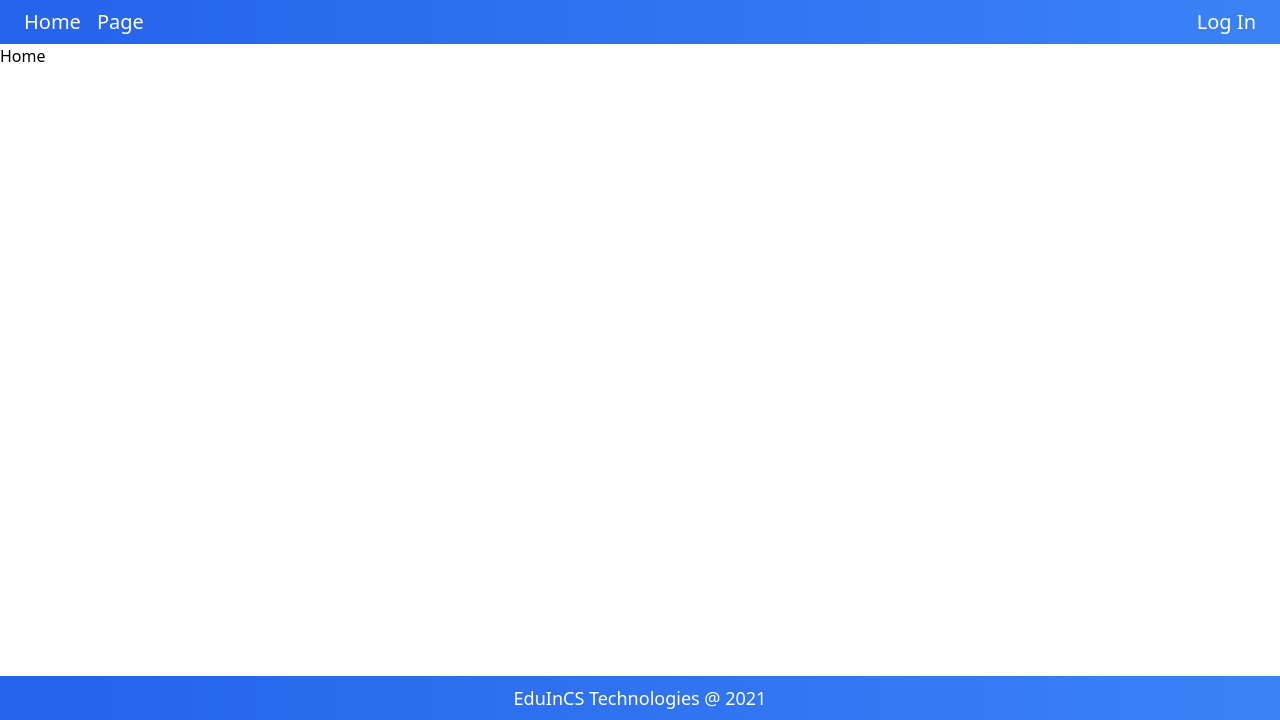
Repository: puspendudas/vue-project
Page: /
These files come from the project's save history. The page is drawn as it stood at one moment and after the next save; the edit follows.
The browser window is 1280 px wide. The pictures show the whole page.
The project was rebuilt for these pictures with package versions that can differ from the ones it lists, and the page was loaded fresh each time. Also part of the build but not shown: src/component/Login/GoogleLogin.vue, src/component/LoginModal.vue, src/component/Page.vue.

Above is the page before, as saved 2021-02-03 20:31:12.

### src/main.js
import { createApp } from 'vue'
import App from './App.vue'
import './assets/css/style.css'
import router from './router'

const app = createApp(App);
app.use(router);
app.mount('#app');

### src/App.vue
<template >
 <AppNav :isLogedIn="isLogedIn" :authUser="authUser" @open-login-modal="isLoginOpen = true"  />
  <div class="w-full flex">
    <router-view></router-view>
  </div>
  <AppFooter/>
  <LoginModal @close-modal="isLoginOpen = false" v-if="isLoginOpen"/>
</template>
<script>
import AppNav from './component/AppNav'
import AppFooter from './component/AppFooter'
import LoginModal from './component/LoginModal'
import firebase from "./utilities/firebase";
export default {
  components: {AppNav, AppFooter, LoginModal},
  data() {
    return {
      isLoginOpen: false,
      isSignUpOpen: false,
      isLogedIn: false,
      authUser: {}
    }
  },
  mounted() {
    firebase.auth().onAuthStateChanged((user) => {
      if (user) {
        this.isLogedIn = true;
        this.authUser = user;
        console.log(user);
      } else {
        this.isLogedIn=false;
        this.authUser = {};
      }
    });
  }
}
</script>
<style>

</style>

### src/assets/css/style.css
@import "tailwindcss/base";
@import "tailwindcss/components";
@import "tailwindcss/utilities";
.foot {
position: fixed;
bottom: 0;
left: 0;
}

### src/router.js
import { createRouter, createWebHashHistory } from "vue-router";
import Home from "./component/Home.vue";
import Page from "./component/Page.vue";
const routes =[
    {path: '/', component:Home},
    {path: '/home', component:Home},
    {path: '/page', component:Page},
]
const router = createRouter({
    history: createWebHashHistory(),
    routes
});
export default router;

### src/component/AppNav.vue
<template>
  <nav class="w-full bg-gradient-to-r from-blue-600 to-blue-500 text-white px-4 py-2 text-xl ">
    <router-link to="/home" class="mx-2">Home</router-link>
    <router-link to="/page" class="mx-2">Page</router-link>
    <img v-if="isLogedIn" src={{authUser.photoURL}} width="50px" height="50px" class="lazy"/>

    <span>{{ authUser.displayName }}</span><span>{{}}</span>
    <button v-if="!isLogedIn" @click="$emit('open-login-modal')" class="float-right mx-2">Log In</button>
    <button v-if="isLogedIn" @click="logout()" class="float-right mx-2">Log Out</button>
  </nav>
</template>

<script>
import firebase from "../utilities/firebase";
export default {
  props : { isLogedIn:Boolean, authUser:Object },
  methods:{
    logout(){
      firebase.auth().signOut();
    }
  },
  data(){
    return {
      photo: '../../assets/favicon.ioc'
    }
  }

}
</script>

### src/component/AppFooter.vue
<template>
    <nav class="w-full bg-gradient-to-r from-blue-600 to-blue-500 text-white text-center px-4 py-2 text-lg foot">
      EduInCS Technologies @ {{ year }}
    </nav>
</template>

<script>
export default {
    data() {
        return {
            year: new Date().getFullYear(),
        }
    }

}
</script>

<style>

</style>

### src/utilities/firebase.js
import "firebase/auth";
import firebase from "firebase/app";

const firebaseConfig = {
    // Firebase Config
    apiKey: "AIzaSyBe00p4W4EFMvz7pLyJpuTVDB_6xT1qzL8",
    authDomain: "vue-login-pro.firebaseapp.com",
    projectId: "vue-login-pro",
    storageBucket: "vue-login-pro.appspot.com",
    messagingSenderId: "314753680679",
    appId: "1:314753680679:web:722802dcea4202fb9c5502"

  };
  firebase.initializeApp(firebaseConfig);

export default firebase;

Loaded but not shown: public/index.html (common file); src/component/Home.vue (common file); tailwind.config.js (common file)

After the next save:
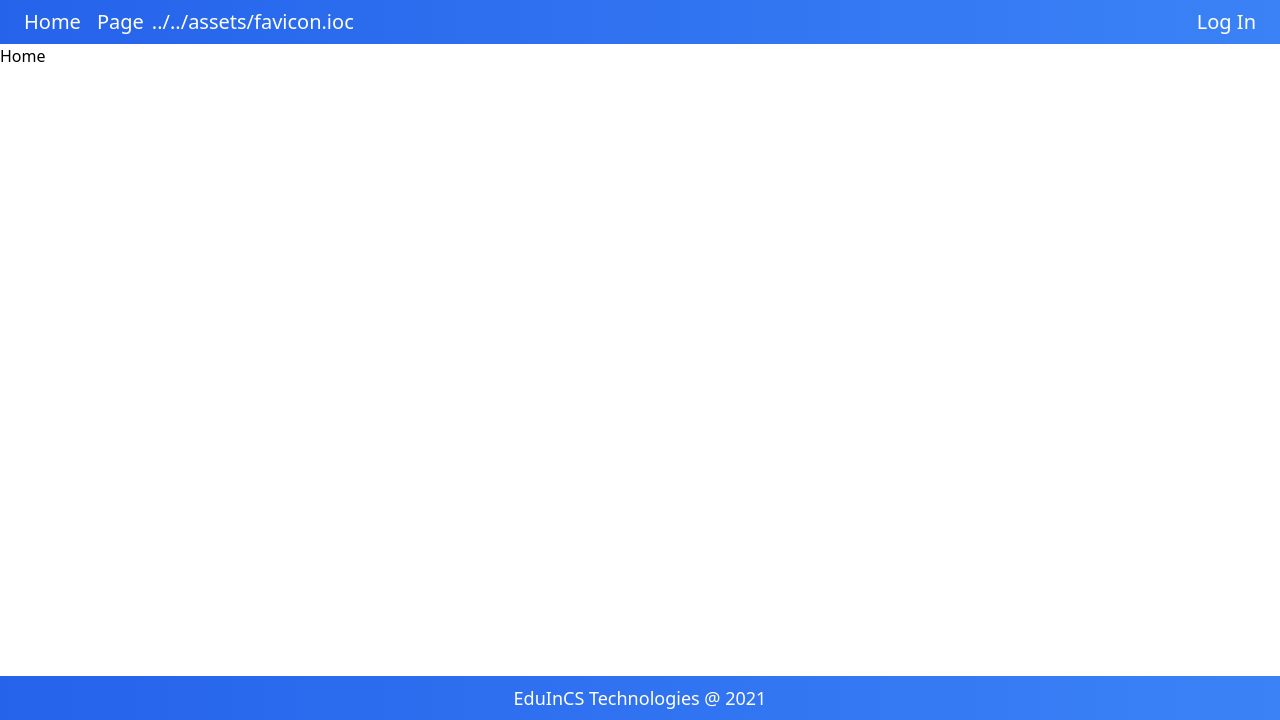
Saved 4 s later.
--- a/src/component/AppNav.vue
+++ b/src/component/AppNav.vue
@@ -4,7 +4,7 @@
     <router-link to="/page" class="mx-2">Page</router-link>
     <img v-if="isLogedIn" src={{authUser.photoURL}} width="50px" height="50px" class="lazy"/>
 
-    <span>{{ authUser.displayName }}</span><span>{{}}</span>
+    <span>{{ authUser.displayName }}</span><span>{{photo}}</span>
     <button v-if="!isLogedIn" @click="$emit('open-login-modal')" class="float-right mx-2">Log In</button>
     <button v-if="isLogedIn" @click="logout()" class="float-right mx-2">Log Out</button>
   </nav>

After the 4 saves that followed:
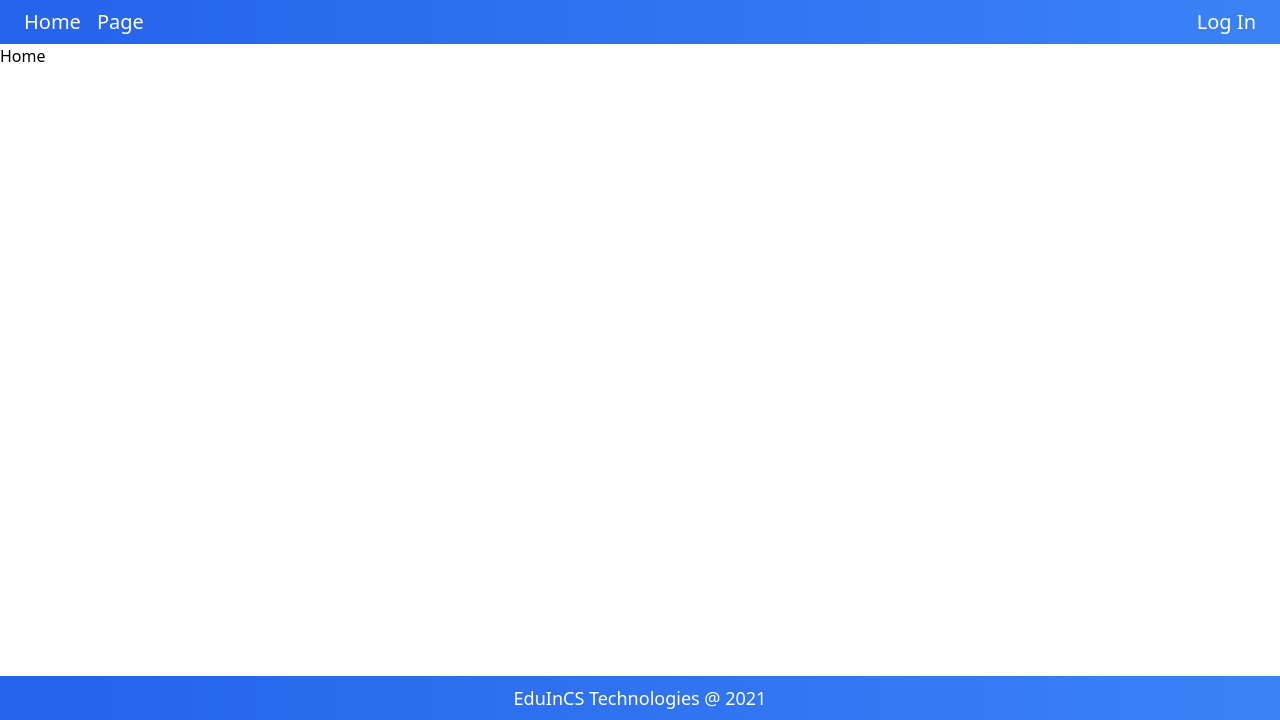
The 4 saves are shown as one change because 2 left the picture as it was and some came seconds apart.
The last was saved 37 s later.
--- a/src/component/AppNav.vue
+++ b/src/component/AppNav.vue
@@ -2,9 +2,9 @@
   <nav class="w-full bg-gradient-to-r from-blue-600 to-blue-500 text-white px-4 py-2 text-xl ">
     <router-link to="/home" class="mx-2">Home</router-link>
     <router-link to="/page" class="mx-2">Page</router-link>
-    <img v-if="isLogedIn" src={{authUser.photoURL}} width="50px" height="50px" class="lazy"/>
+    <img v-if="isLogedIn" src={{}} width="50px" height="50px" class="lazy"/>
 
-    <span>{{ authUser.displayName }}</span><span>{{photo}}</span>
+    <span>{{ authUser.displayName }}</span>
     <button v-if="!isLogedIn" @click="$emit('open-login-modal')" class="float-right mx-2">Log In</button>
     <button v-if="isLogedIn" @click="logout()" class="float-right mx-2">Log Out</button>
   </nav>
